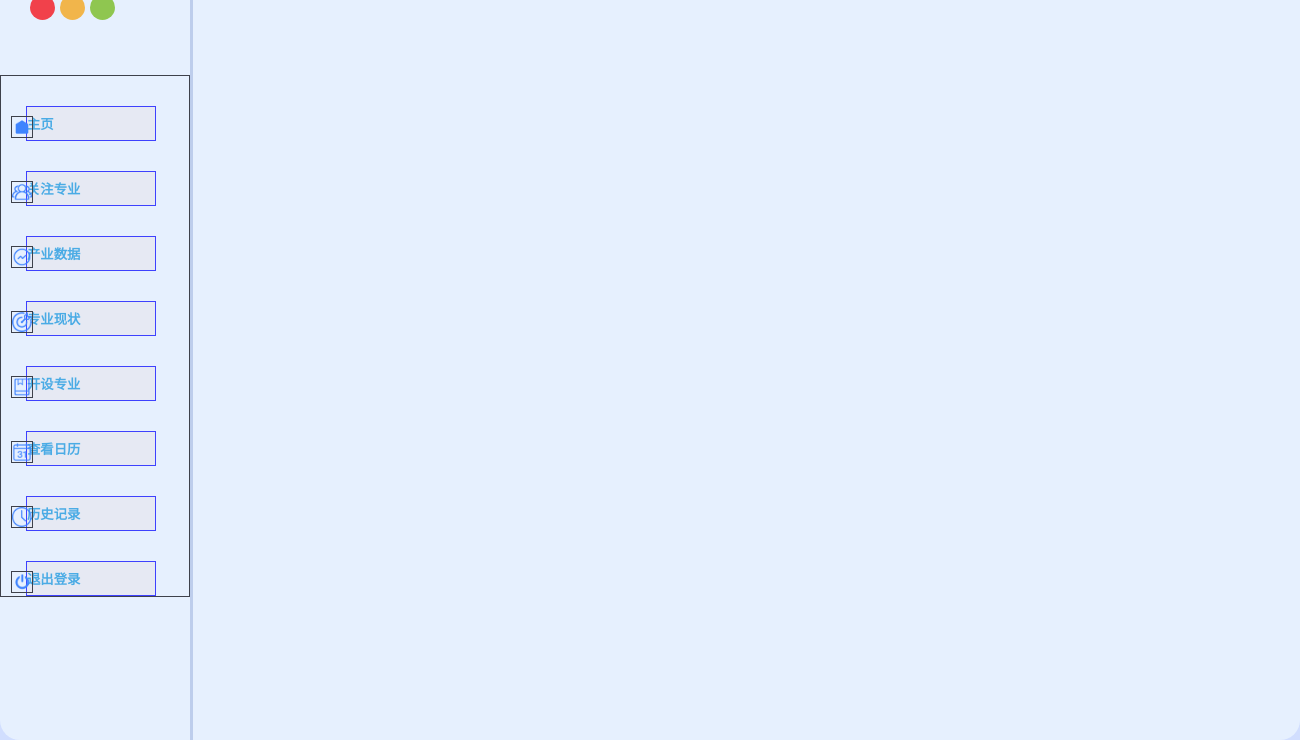
Repository: akaCSDN/test
Page: 2.1主页.html
An editor plug-in stored every save of this project. The page is shown before and after the next save, followed by the edit.
The browser window is 1280 px wide. The page is 1300 px wide, so the pictures cover 1300 px, including what lies to the right of the window. The pictures show the whole page.

Above is the page before, as saved 2022-12-02 15:09:12.

### 2.1主页.html
<!DOCTYPE html>
<html lang="en">
<head>
    <meta charset="UTF-8">
    <meta http-equiv="X-UA-Compatible" content="IE=edge">
    <meta name="viewport" content="width=device-width, initial-scale=1.0">
    <title>Document</title>
    <style type="text/css">
        *{
            margin: 0;
            padding: 0;
            border: 0;
        }
        .main{
            width: 1300px;
            height: 760px;
            /* border: 1px solid black; */
            border-radius: 20px;
            background-color: aliceblue;
            opacity: 0.7;
            position: absolute;
            top: 0;
            right: 0;
            bottom: 0;
            left: 0;
            margin: auto;

        }
        .left{
            width: 190px;
            height: 760px;
            border-radius: 20px 0px 0px 20px;
            border-right: 3px solid rgba(146, 169, 213, 0.622);
            /* border: 1px solid black; */
            position: absolute;
        }
        .circle-point{
            width: 100px;
            height: 30px;
            /* border: 1px solid black; */
            margin-left: 25px;
            margin-top: 15px;
        }
        .circle-point div{
            width: 25px;
            height: 25px;
            border-radius: 100% 100% 100% 100%;
            float: left;
            opacity: 1;
            /* position: absolute; */
            margin-left: 5px;

        }
        .button{
            width: auto;
            height: auto;
            border: 1px solid black;
            margin-top: 50px;
        }
        .button ul{
            list-style-type: none;
        }
        .button button{
            width: 130px;
            height: 35px;
            text-align: left;
            margin-left: 25px;
            color:#1296db;
            font-weight: 600;
            margin-top: 30px;
            border: 1px solid blue;

        }
        .button img{
            width: 20px;
            height: 20px;
            margin-left: 10px;
            border: 1px solid black;
            position: absolute;
            margin-top: 40px;
        }
    </style>
</head>
<body style="background-color: rgb(209, 222, 254);">
    <div class="main">
        <div class="left">
            <div class="circle-point">
                <div style="background-color: red;"></div>
                <div style="background-color: orange;"></div>
                <div style="background-color:rgb(116, 189, 7);"></div>
            </div>
            <div class="button">
                    <img src="./icon/主页.png" alt=""><button>主页</button>
                    <br>
                    <img src="./icon/专业.png" alt=""><button>关注专业</button>
                    <br>
                    <img src="./icon/数据.png" alt=""><button>产业数据</button>
                    <br>
                    <img src="./icon/现状.png" alt=""><button>专业现状</button>
                    <br>
                    <img src="./icon/开设.png" alt=""><button>开设专业</button>
                    <br>
                    <img src="./icon/日历.png" alt=""><button>查看日历</button>
                    <br>
                    <img src="./icon/历史.png" alt=""><button>历史记录</button>
                    <br>
                    <img src="./icon/退出.png" alt=""><button>退出登录</button>

            </div>



        </div>

    </div>
</body>
</html>

After the next save:
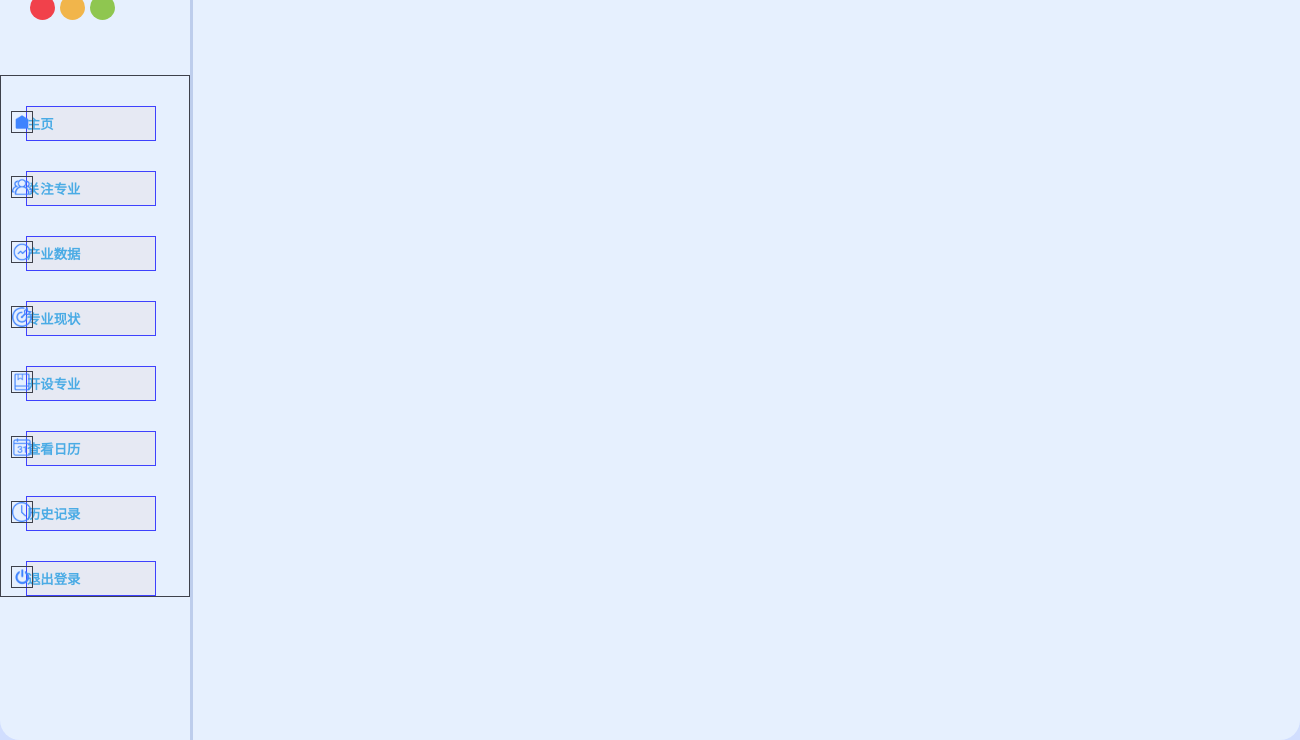
Saved 7 s later.
--- a/2.1主页.html
+++ b/2.1主页.html
@@ -77,7 +77,7 @@
             margin-left: 10px;
             border: 1px solid black;
             position: absolute;
-            margin-top: 40px;
+            margin-top: 35px;
         }
     </style>
 </head>
